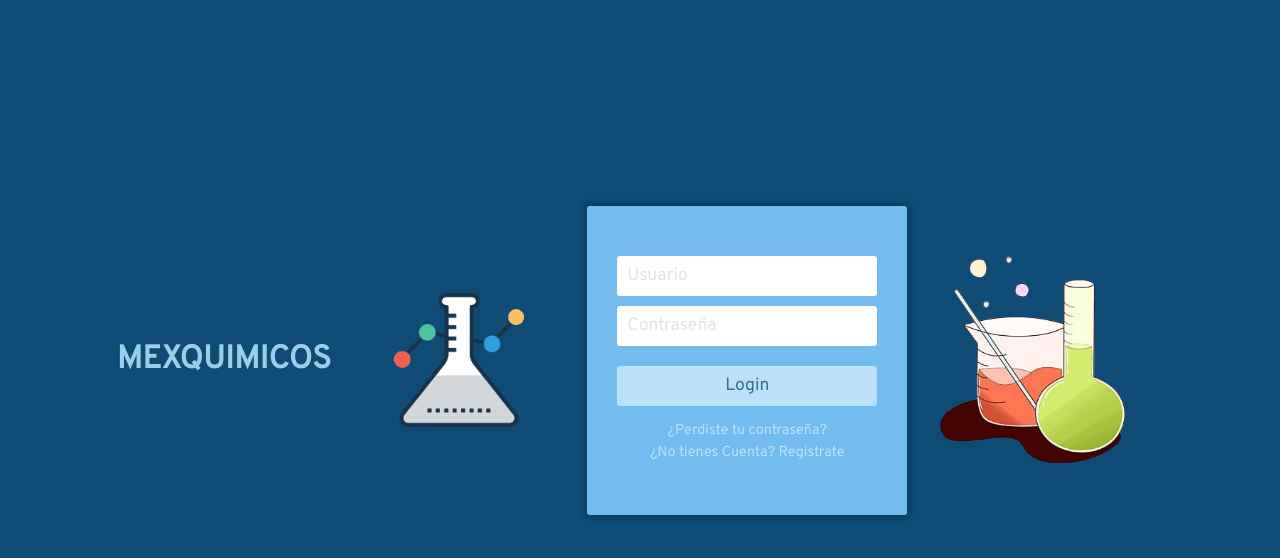
Repository: iDiv3r/MexiQuimicosIsay
Page: Index.html
The author's editor kept a copy of each file at every save. The page is drawn from the files as they stood at one save, then again after the next save.
The browser window is 1280 px wide. The pictures show the whole page.

Above is the page before, as saved 2023-11-26 16:22:42.

### Index.html
<!doctype html>
<html lang="es">

    <head>

        <meta charset="utf-8">

        <title> Formulario de Acceso </title>

        <meta name="viewport" content="width=device-width, initial-scale=1.0">
        <meta name="author" content="Videojuegos & Desarrollo">
        <meta name="description" content="Muestra de un formulario de acceso en HTML y CSS">
        <meta name="keywords" content="Formulario Acceso, Formulario de LogIn">

        <link href="https://fonts.googleapis.com/css?family=Nunito&display=swap" rel="stylesheet">
        <link href="https://fonts.googleapis.com/css?family=Overpass&display=swap" rel="stylesheet">
        <link rel="stylesheet" href="css/login.css">

        <style type="text/css">

        </style>

        <script type="text/javascript">

        </script>

    </head>
    <body>

        <div id="contenedor">
          <h1>MEXQUIMICOS</h1>
          <img src="img/L1.png" alt="logo" class="logo">
            <div id="central">
                <div id="login">
                    <form action="Controller.php" method="post">
                        <input type="text" name="txtCorreo" placeholder="Usuario" required>
                        <input type="password" placeholder="Contraseña" name="txtPass" required>
                        <button type="submit" title="Ingresar" name="btnIng">Login</button>
                    </form>
                    <div class="pie-form">
                        <a href="#">¿Perdiste tu contraseña?</a>
                        <a href="#">¿No tienes Cuenta? Registrate</a>
                    </div>
                </div>
            </div>
            <img src="img/L2.png" alt="logo" class="logo">
        </div>
    </body>
</html>

### css/login.css
body {
    font-family: 'Overpass', sans-serif;
    font-weight: normal;
    font-size: 100%;
    color: #9bcee9;

    margin: 0;
    background-color: #0f4c75;
}

#contenedor {
    display: flex;
    align-items: center;
    justify-content: center;

    margin: 0;
    padding: 0;
    min-width: 100vw;
    min-height: 100vh;
    width: 100%;
    height: 100%;
}

#central {
    max-width: 320px;
    width: 100%;
}

.titulo {
    font-size: 250%;
    color:#bbe1fa;
    text-align: center;
    margin-bottom: 20px;
}

#login {
    width: 100%;
    padding: 50px 30px;
    background-color: #73bced;

    -webkit-box-shadow: 0px 0px 5px 5px rgba(0,0,0,0.15);
    -moz-box-shadow: 0px 0px 5px 5px rgba(0,0,0,0.15);
    box-shadow: 0px 0px 5px 5px rgba(0,0,0,0.15);

    border-radius: 3px 3px 3px 3px;
    -moz-border-radius: 3px 3px 3px 3px;
    -webkit-border-radius: 3px 3px 3px 3px;

    box-sizing: border-box;
}

#login input {
    font-family: 'Overpass', sans-serif;
    font-size: 110%;
    color: #599fc4;

    display: block;
    width: 100%;
    height: 40px;

    margin-bottom: 10px;
    padding: 5px 5px 5px 10px;

    box-sizing: border-box;

    border: none;
    border-radius: 3px 3px 3px 3px;
    -moz-border-radius: 3px 3px 3px 3px;
    -webkit-border-radius: 3px 3px 3px 3px;
}

#login input::placeholder {
    font-family: 'Overpass', sans-serif;
    color: #E4E4E4;
}

#login button {
    font-family: 'Overpass', sans-serif;
    font-size: 110%;
    color:#346e8d;
    width: 100%;
    height: 40px;
    border: none;

    border-radius: 3px 3px 3px 3px;
    -moz-border-radius: 3px 3px 3px 3px;
    -webkit-border-radius: 3px 3px 3px 3px;

    background-color: #bbe1fa;

    margin-top: 10px;
}

#login button:hover {
    background-color: #5ccef4;
    color:#bbe1fa;
}

.pie-form {
    font-size: 90%;
    text-align: center;
    margin-top: 15px;
}

.pie-form a {
    display: block;
    text-decoration: none;
    color: #bbe1fa;
    margin-bottom: 3px;
}

.pie-form a:hover {
    color: #0f4c75;
}

.inferior {
    margin-top: 10px;
    font-size: 90%;
    text-align: center;
}

.inferior a {
    display: block;
    text-decoration: none;
    color: #bbe1fa;
    margin-bottom: 3px;
}

.inferior a:hover {
    color: #3282b8;
}

.logo{
    image-rendering: auto;
    width: 20%;
    height: 20%;

}

After the next save:
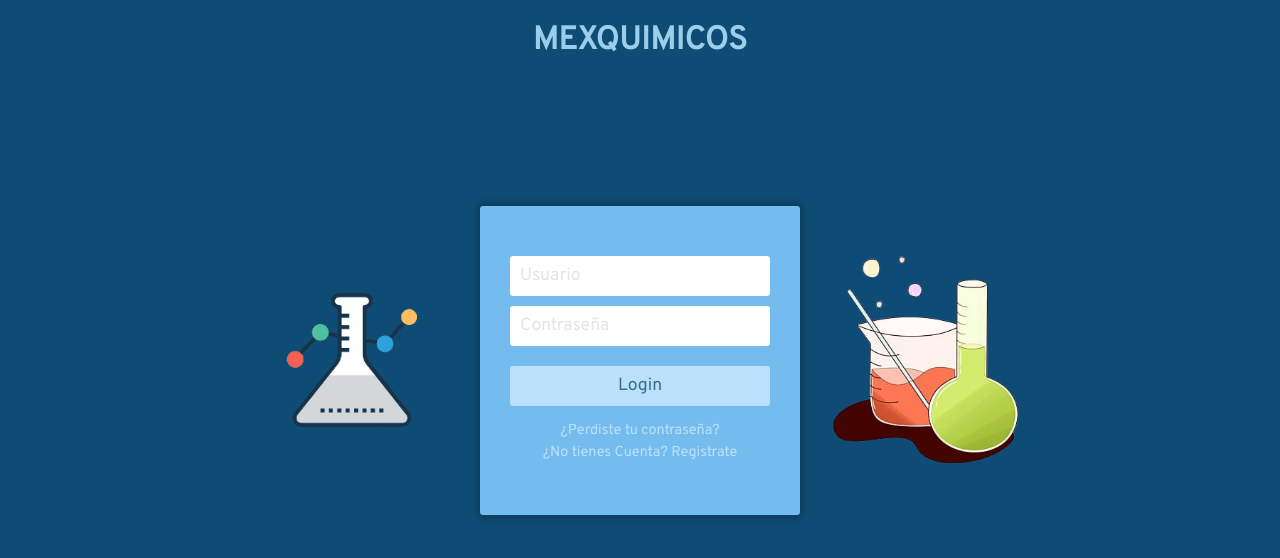
Saved 115 s later.
--- a/css/login.css
+++ b/css/login.css
@@ -136,3 +136,14 @@ body {
     height: 20%;
 
 }
+
+#contenedor {
+    position: relative;
+}
+
+h1 {
+    position: absolute;
+    top: 0;
+    left: 50%;
+    transform: translateX(-50%);
+}
